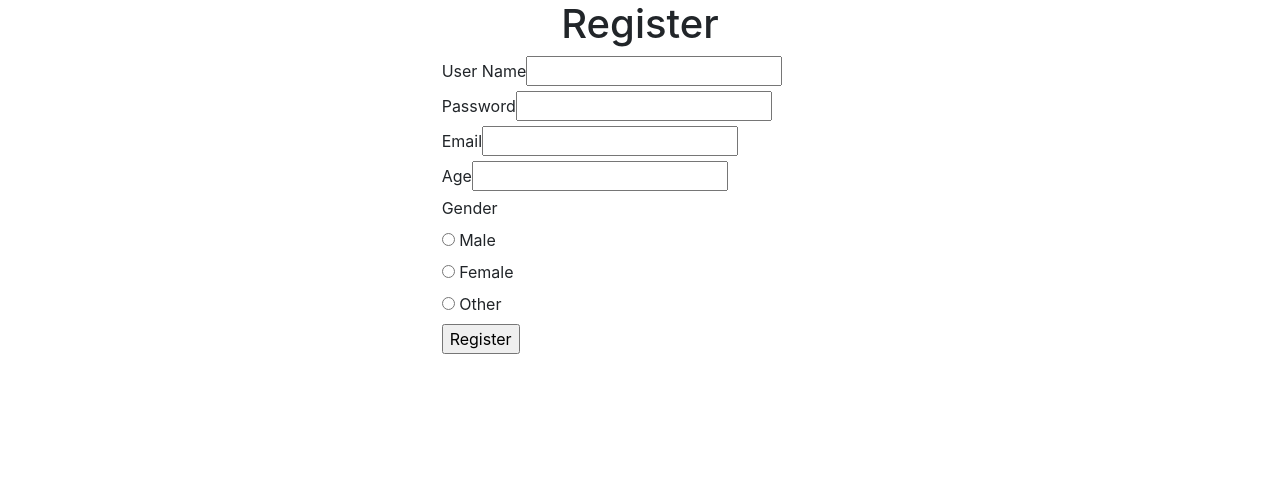
Repository: ramakrishnan1997/ram_javatraining
Page: http://localhost/AdminPortal/Register.jsp
The author's editor kept a copy of each file at every save. The page is drawn from the files as they stood at one save, then again after the next save.
The browser window is 1280 px wide. The pictures show the whole page.
The page is served by Tomcat 9.

Above is the page before, as saved 2022-07-01 08:34:32.

After the next save:
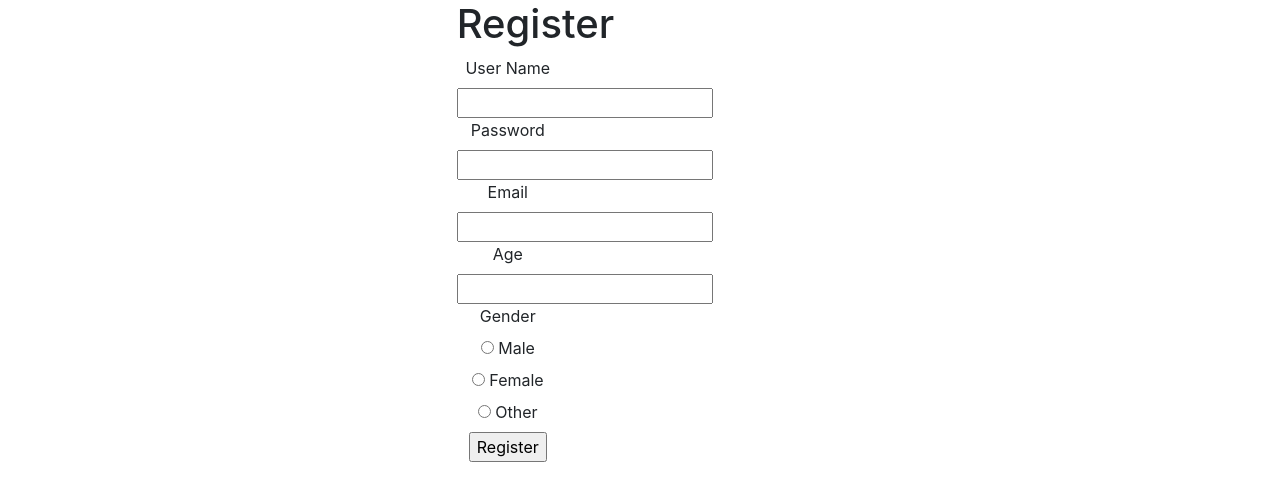
Saved 44 s later.
--- a/AdminPortal/src/main/webapp/Register.jsp
+++ b/AdminPortal/src/main/webapp/Register.jsp
@@ -15,6 +15,7 @@
 <div class="row">
 <div class="col-md-4"></div>
 <div class="col-md-4">
+<div class="col-md-4" align="center">
 <h1 style="text-align:center">Register</h1>
 <form>
 <div><label>User Name</label><input type="text" name="username"></div>
@@ -40,6 +41,7 @@
 <input type="submit" value="Register">
 </div>
 </div>
+</div>
 <div class="col-md-4"></div>
 </div>
 </body>
